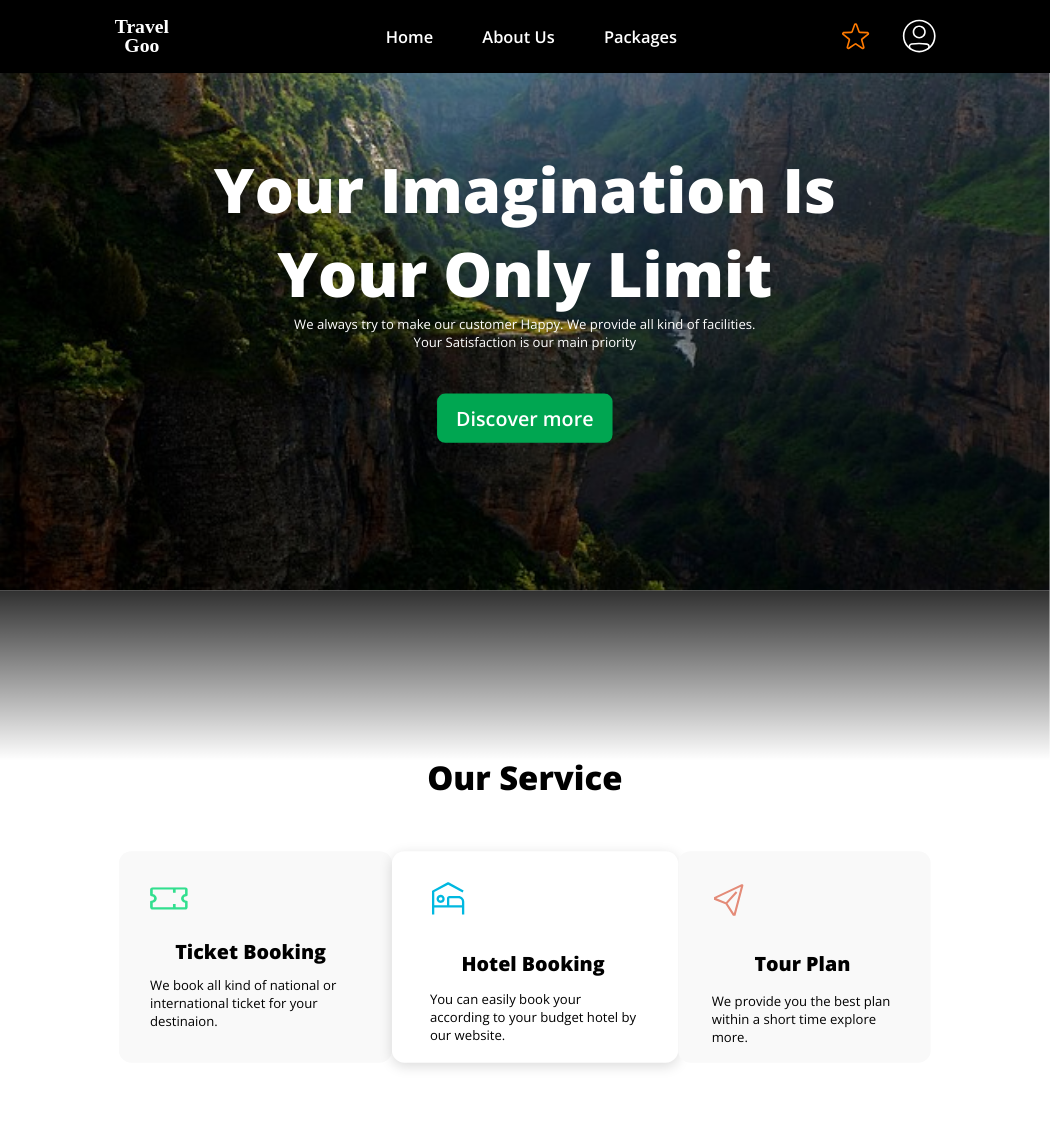
Repository: simralgasimov/back-project
Page: index.html
An editor plug-in stored every save of this project. The page is shown before and after the next save, followed by the edit.
The browser window is 1280 px wide. The pictures show the whole page, at 82% of full size.
Some web fonts or font styles are not loaded; a fallback is used.

Above is the page before, as saved 2023-09-27 13:50:23.

### index.html
<!DOCTYPE html>
<html lang="en">
  <head>
    <meta charset="UTF-8" />
    <meta name="viewport" content="width=device-width, initial-scale=1.0" />
    <title>Document</title>
    <link rel="stylesheet" href="./index.css" />
  </head>
  <body>
    <div class="container">
      <div class="container-1">
        <div class="navbar">
          <a href="#">
            <!-- <div class="logo">
              Travel
              <div>Goo</div>
            </div> -->
            <p class="logo">
              Travel
              <span>
                Goo
              </span>
            </p>
          </a>

          <div class="menu">
            <ul>
              <li>Home</li>
              <li>About Us</li>
              <li>Packages</li>
            </ul>
          </div>
          <div class="icon">
            <img src="./clarity_favorite-line.svg" alt="" />
            <img src="./healthicons_ui-user-profile-outline.svg" alt="" />
          </div>
        </div>
        <main>
          <h1>Your Imagination Is Your Only Limit</h1>
          <p>
            We always try to make our customer Happy. We provide all kind of
            facilities. Your Satisfaction is our main priority
          </p>
          <button>
            <a href="#">Discover more</a>
          </button>
        </main>
      </div>
      <div class="container-2">
        <h2>Our Service</h2>
        <div class="services">
          <div class="ticket">
            <img src="./Vector.svg" alt="" />
            <h1>Ticket Booking</h1>
            <p>
              We book all kind of national or international ticket for your
              destinaion.
            </p>
          </div>
          <div class="hotel">
            <img src="./carbon_hotel.svg" alt="" />
            <h1>Hotel Booking</h1>
            <p>
              You can easily book your according to your budget hotel by our
              website.
            </p>
          </div>
          <div class="tour">
            <img src="./cil_paper-plane.svg" alt="" />
            <h1>Tour Plan</h1>
            <p>
              We provide you the best plan within a short time explore more.
            </p>
          </div>
        </div>
      </div>
    </div>
  </body>
</html>

### index.css
@import url("https://fonts.googleapis.com/css2?family=Laila:wght@400;600;700&family=Open+Sans:wght@400;600;800&display=swap");
* {
  padding: 0;
  margin: 0;
  box-sizing: border-box;
}

.container {
  /* position: relative;
  z-index: 0; */
  /* padding: 32px 145px 63px 100px; */
  min-height: 100vh;
  width: 100%;

}
a{
  text-decoration: none;
}
.container .navbar {
  width: 100%;
  padding: 20px 135px;
  display: flex;
  justify-content: space-between;
  align-items: center;
  /* margin: auto; */
  position: fixed;
  top: 0;
  background-color: black;
}
.container-1{
  min-height: 100vh;
  display: flex;
  flex-direction: column;
  align-items: center;
  justify-content: center;
  background-image: url("./canyon-1740973_640.jpg");
  background-repeat: no-repeat;
  background-size: 100% 100%;
}
.container .navbar .logo {
  width: 76px;


  color: #FFF;
text-align: center;
font-family: Laila;
font-size: 24px;
font-style: normal;
font-weight: 700;
line-height: 102.5%; /* 24.6px */
}
.container .navbar .logo span{

}

.container .navbar .menu ul {
  list-style-type: none;
  display: flex;
}

.container .navbar .menu ul li {
  color: #fff;
  font-family: Open Sans;
  font-size: 20px;
  font-style: normal;
  font-weight: 600;
  line-height: normal;
  justify-content: space-between;
  margin-left: 60px;
}

.container .navbar .icon {
  display: flex;
  justify-content: space-between;
  align-items: center;
}

.container .navbar .icon img:first-child {
  margin-right: 36px;
  width: 36px;
  height: 36px;
}
.container .navbar .icon img:last-child {
  width: 48px;
  height: 48px;
}

.container .box {
  display: flex;
  justify-content: center;
  text-align: center;
}
.container .container-1 h1 {
  width: 779px;
  color: #fff;
  text-align: center;
  font-family: Open Sans;
  font-size: 75px;
  font-style: normal;
  font-weight: 800;
  line-height: normal;
  /* margin-top: 250px; */
}

.container .text-box {
  margin-top: 57px;
  display: flex;
  justify-content: center;
  text-align: center;
}
.container .container-1  p {
  width: 568px;
  color: #fff;
  text-align: center;
  font-family: Open Sans;
  font-size: 16px;
  font-style: normal;
  font-weight: 400;
  line-height: normal;
}

.container .container-1  button {
  border: none;
  width: 214px;
  height: 60px;
  border-radius: 10px;
  background: #00a651;
  display: flex;
  justify-content: center;
  align-items: center;
  margin-top: 52px;
}

.container button a {
  text-decoration: none;
  color: #fff;
  text-align: center;
  font-family: Open Sans;
  font-size: 24px;
  font-style: normal;
  font-weight: 600;
  line-height: normal;
}

.container-2 {
  padding: 200px 145px 88px 145px;
  background: linear-gradient(
    180deg,
    rgba(0, 0, 0, 0.81) 0%,
    rgba(72, 72, 72, 0) 31.25%,
    rgba(158, 158, 158, 0) 77.6%,
    #fff 85.42%
  );
}

.container-2 h2 {
  margin-bottom: 63px;
  /* display: flex;
        text-align: center;
        justify-content: center; */
  color: #000;
  text-align: center;
  font-family: Open Sans;
  font-size: 40px;
  font-style: normal;
  font-weight: 700;
  line-height: normal;
}

.container-2 .services {
  display: flex;
  /* margin: auto; */
  justify-content: space-between;
}

.container-2 .services .ticket {
  padding: 44px 50px 20px 38px;
  /* width: 416px;
height: 232px; */
  border-radius: 15px;
  background: #f9f9f9;
}

.container-2 .services .ticket h1 {
  margin-top: 30px;
  margin-bottom: 13px;
  color: #000;
  text-align: center;
  font-family: Open Sans;
  font-size: 24px;
  font-style: normal;
  font-weight: 700;
  line-height: normal;
}

.container-2 .services .ticket p {
  color: #000;
  font-family: Open Sans;
  font-size: 16px;
  font-style: normal;
  font-weight: 400;
  line-height: normal;
}

.container-2 .services .hotel {
  padding: 35px 51px 20px 46px;
  border-radius: 15px;
  background: #fff;
  box-shadow: 0px 4px 16px 0px rgba(0, 0, 0, 0.15);
}

.container-2 .services .hotel h1 {
  margin-top: 36px;
  margin-bottom: 16px;
  color: #000;
  text-align: center;
  font-family: Open Sans;
  font-size: 24px;
  font-style: normal;
  font-weight: 700;
  line-height: normal;
}

.container-2 .services .hotel p {
  color: #000;
  font-family: Open Sans;
  font-size: 16px;
  font-style: normal;
  font-weight: 400;
  line-height: normal;
}

.container-2 .services .tour {
  padding: 39px 46px 20px 41px;
  border-radius: 15px;
  background: #f9f9f9;
}

.container-2 .services .tour h1 {
  margin-top: 36px;
  margin-bottom: 19px;
  color: #000;
  text-align: center;
  font-family: Open Sans;
  font-size: 24px;
  font-style: normal;
  font-weight: 700;
  line-height: normal;
}
.container-2 .services .tour p {
  color: #000;
  font-family: Open Sans;
  font-size: 16px;
  font-style: normal;
  font-weight: 400;
  line-height: normal;
}

.container .container-1 main{
  display: flex;
  flex-direction: column;
  align-items: center;
}

After the next save:
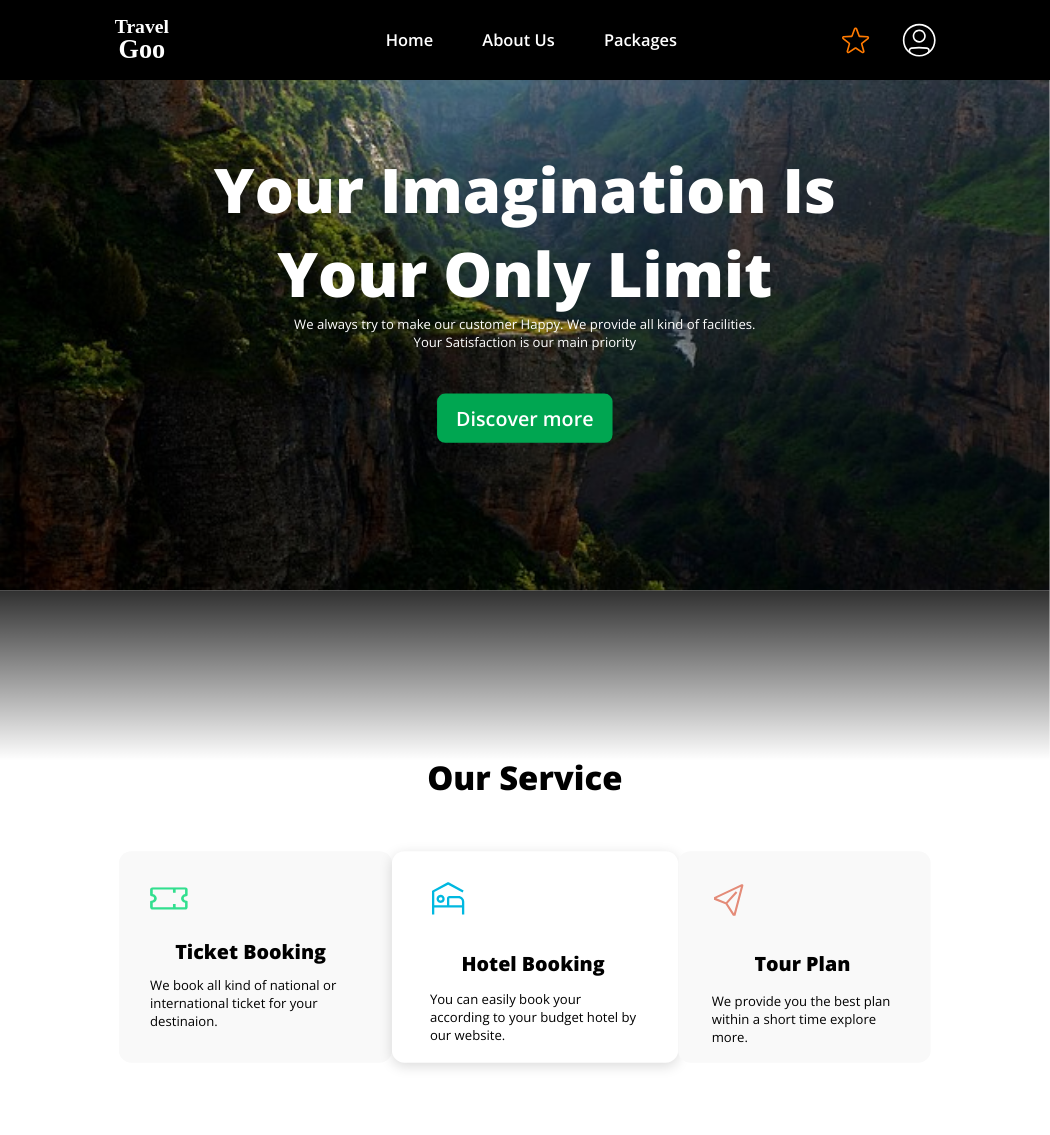
Saved 7 s later.
--- a/index.css
+++ b/index.css
@@ -50,7 +50,12 @@
 line-height: 102.5%; /* 24.6px */
 }
 .container .navbar .logo span{
-
+  color: #FFF;
+font-family: Laila;
+font-size: 32px;
+font-style: normal;
+font-weight: 700;
+line-height: 102.5%;
 }
 
 .container .navbar .menu ul {
